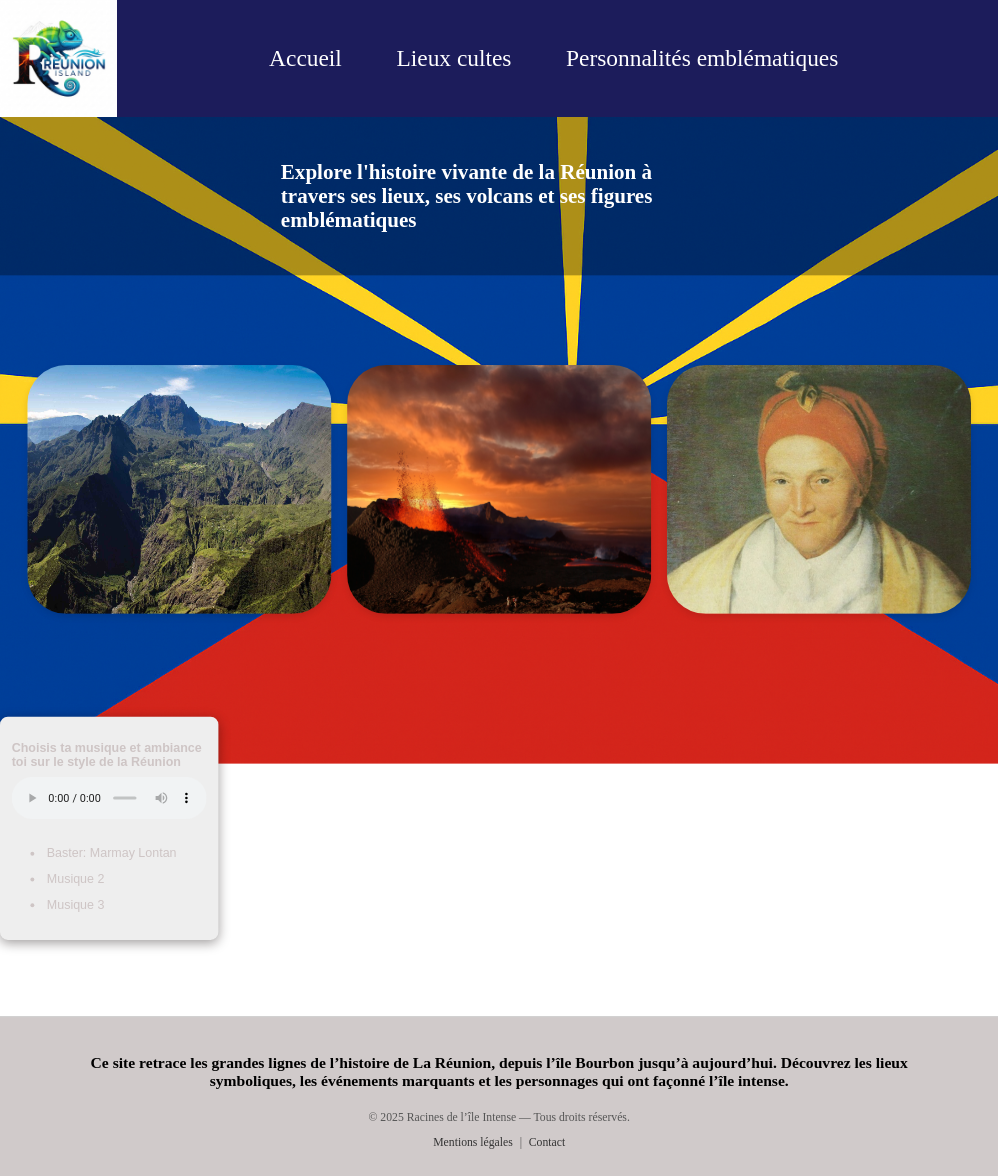
Repository: racinesintense974/Racines-de-lile-intense
Page: index.html
An editor plug-in stored every save of this project. The page is shown before and after the next save, followed by the edit.
The browser window is 1280 px wide. The pictures show the whole page, at 78% of full size.

Above is the page before, as saved 2026-02-12 14:50:21.

### index.html
<!DOCTYPE html>
<html lang="fr">
<head>
    <meta charset="UTF-8">
    <meta name="viewport" content="width=device-width, initial-scale=1.0">
    <title>Racines - L'histoire de l'île intense</title>
<link rel="stylesheet" href="css/style.css">
<style>
.player{
  background:#eee;
  padding:15px;
  width:250px;
  border-radius:10px;
  font-family:Arial;
}
li{
  cursor:pointer;
  margin:5px 0;
}
li:hover{
  color:green;
}
</style>
</head>


<body>
    <section class="top-page">
        <header class="header">
            <img src="image/logo22.png" alt="logo du site">
        <nav class="nav">
    <ul class="menu">
        <li><a href="index.html">Accueil</a></li>

        <li class="dropdown">
            <a href="#">Lieux cultes</a>
            <ul class="submenu">
                <li><a href="mafate.html">Mafate</a></li>
                <li><a href="cilaos.html">Cilaos</a></li>
                <li><a href="volcans.html">Les volcans</a></li>
            </ul>
        </li>

         <li class="dropdown">
        <a href="#">Personnalités emblématiques</a>
            <ul class="submenu">
                <li><a href="Olivier.html">Olivier Levasseur</a></li>
                <li><a href="Desbassayns.html">Madame Desbassayns</a></li>
                <li><a href="Garros.html">Rolland Garros</a></li>
            </ul>
        </li>
    </ul>
</nav>

        </header>


        <div class="landing-page">
        <h1 class="big-title">Explore l'histoire vivante de la Réunion à travers ses lieux, ses volcans et ses figures emblématiques</h1>
        </div>

        <div class="conteneur-central">
<section class="galerie-images">
  <img src="image/mafate.jpg" alt="Image 1">
  <img src="image/volcan.jpeg" alt="Image 2">
  <img src="image/desbassyns.png" alt="Image 3">
</section>
</div>

<div class="player">
  <p id="titre">Choisis ta musique et ambiance toi sur le style de la Réunion</p>

  <audio id="audio" controls></audio>

  <ul>
    <li onclick="playMusic('musique1.mp3','Musique 1')">Baster: Marmay Lontan</li>
    <li onclick="playMusic('musique2.mp3','Musique 2')">Musique 2</li>
    <li onclick="playMusic('musique3.mp3','Musique 3')">Musique 3</li>
  </ul>
</div>

<script>
function playMusic(src,name){
  const audio=document.getElementById("audio");
  document.getElementById("titre").textContent=name;
  audio.src=src;
  audio.play();
}
</script>


   <footer class="footer">
    <h1 class="big-title2">Ce site retrace les grandes lignes de l’histoire de La Réunion, depuis l’île Bourbon jusqu’à aujourd’hui. Découvrez les lieux symboliques, les événements marquants et les personnages qui ont façonné l’île intense.</h1>
  <p>&copy; 2025 Racines de l’île Intense — Tous droits réservés.</p>
  <p><a href="mentions-legales.html">Mentions légales</a> | <a href="contact.html">Contact</a></p>
</footer>

    </section>

</body>
</html>

### css/style.css

*

body {
    margin: 0 auto;

}

header.header {
    display: flex;
    align-items: center;
    background-color: rgb(28, 28, 91);                    /* Entête */
    margin: 0;

}

header.header img {
    width: 150px;
}






section.top-page {
    background: url('../image/gptidr2.png');
    background-size: cover;
    height: 136vh;
    padding: 0px;
}
/* page de bienvenue (landing page) */
.big-title {
    color: rgb(255, 255, 255);
    font-size: 27px;
    padding: 55px 360px;
    background-color: rgba(0, 0, 0, 0.323);
    margin-top: 0;



}
html, body {
  height: 100%;           /* Nécessaire pour que le conteneur remplisse l'écran */
  margin: 0;
  padding: 0;
}

.conteneur-central {
  display: flex;
  justify-content: center;      /* centre horizontalement */
  align-items: center;          /* centre verticalement */
  height: 70vh;                /* 100% de la hauteur de l'écran */
}

/* La galerie contient les images */
.galerie-images {
  display: flex;
  gap: 20px;
  flex-wrap: wrap;
  justify-content: center;
}

.galerie-images img {
  width: 390px;
  height: auto;
  border-radius: 50px;
  box-shadow: 0 4px 10px rgba(0, 0, 0, 0.1);
  transition: transform 0.3s ease;
}

.galerie-images img:hover {
  transform: scale(1.05);
}

.big-title2 {
    color: black;
    font-size: 20px;
    padding: 10px 50px;
}
/* Sous-page */
.footer {
    width: 100%;
  background-color: #d0caca;
  padding: 20px;
  text-align: center;
  font-size: 15px;
  color: #555;
  border-top: 1px solid #ccc;
  margin-top: 98px;
   box-sizing: border-box;

}

.footer a {
  color: #333;
  text-decoration: none;
  margin: 0 5px;
}

.footer a:hover {
  text-decoration: underline;
}


/* menu de navigation */

nav.nav {
    display: flex;
    justify-content: space-between;
    list-style: none;
    width: 970px;
    margin-left: 180px;
font-size: 30px;
}


nav.nav li {
    color: white;
}



/* ===== MENU DEROULANT LIEUX-CULTES ===== */

nav.nav ul.menu {
    list-style: none;
    display: flex;
    gap: 40px;           /* espace entre les éléments */
    margin: 0;
    padding: 0;
}

nav.nav ul.menu > li {
    position: relative;
}

nav.nav ul.menu a {
    text-decoration: none;
    color: white;
    font-size: 30px;
    padding: 10px;
}

/* Sous-menu caché */
.submenu {
    list-style: none;
    padding: 0;
    margin: 0;
    position: absolute;
    background: rgb(12, 16, 70);
    border-radius: 5px;
    border: 1px solid black;
    display: none;
    min-width: 180px;
    z-index: 10;
}

/* Liens du sous-menu */
.submenu li a {
    color: black;
    padding: 10px;
    display: block;
    font-size: 20px;
}

/* Apparition au survol */
.dropdown:hover .submenu {
    display: block;
}

/* Effet hover */
.submenu li a:hover {
    background-color: #a01212;
}


.player{
  background:#1f1c1c;
  padding:15px;
  width:260px;
  border-radius:12px;
  margin-top: 40px;
  font-family:Arial;
  color:rgb(206, 197, 197);
  box-shadow:0 4px 15px rgba(15, 8, 8, 0.4);
}

audio{
  width:100%;
  margin-bottom:10px;
}

#titre{
  font-weight:bold;
  margin-bottom:10px;
}

li{
  cursor:pointer;
  padding:5px;
  border-radius:6px;
}

li:hover{
  background:#edecec;
}

After the next save:
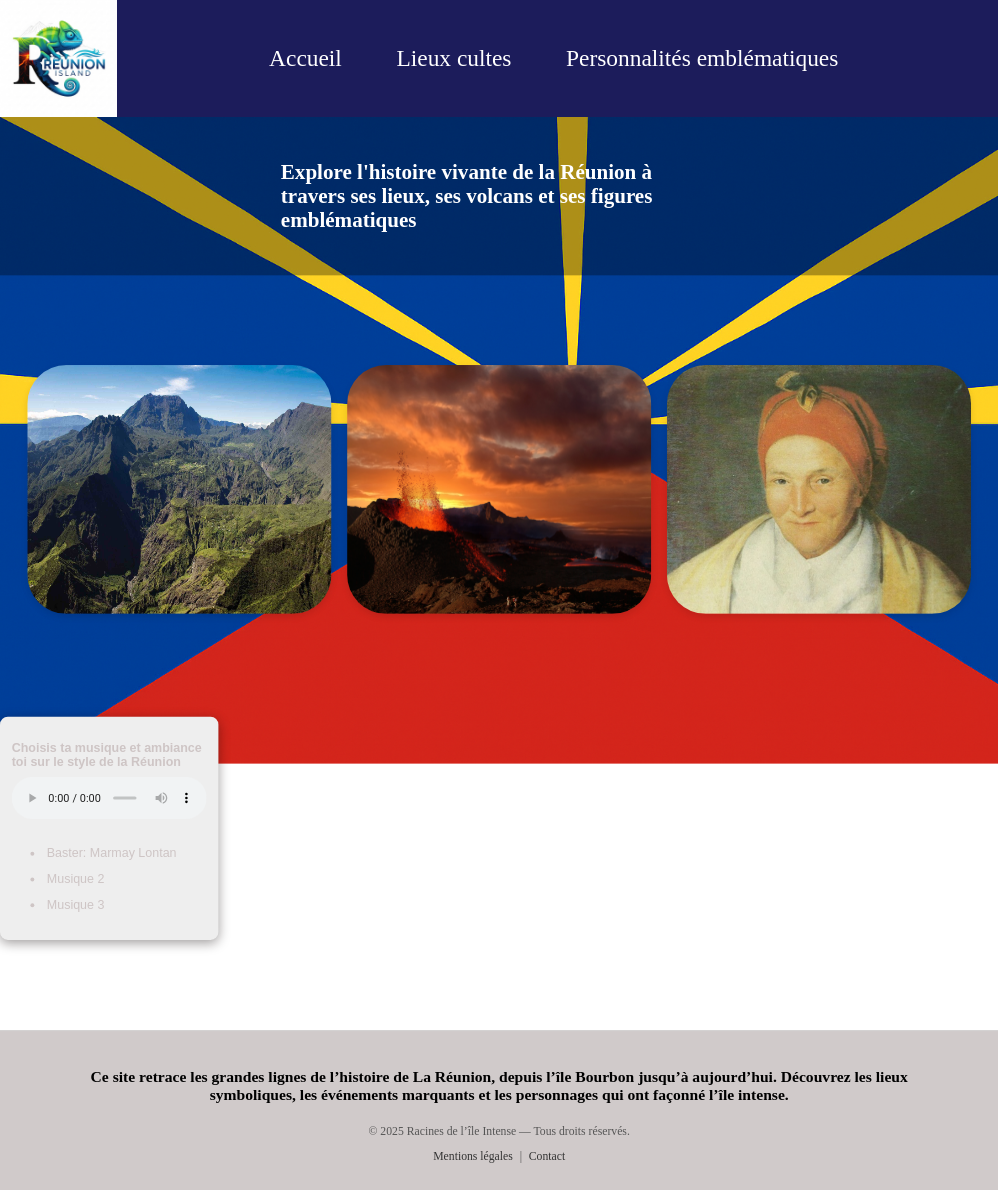
Saved 15 s later.
--- a/css/style.css
+++ b/css/style.css
@@ -87,7 +87,7 @@ html, body {
   font-size: 15px;
   color: #555;
   border-top: 1px solid #ccc;
-  margin-top: 98px;
+  margin-top: 116px;
    box-sizing: border-box;
 
 }
